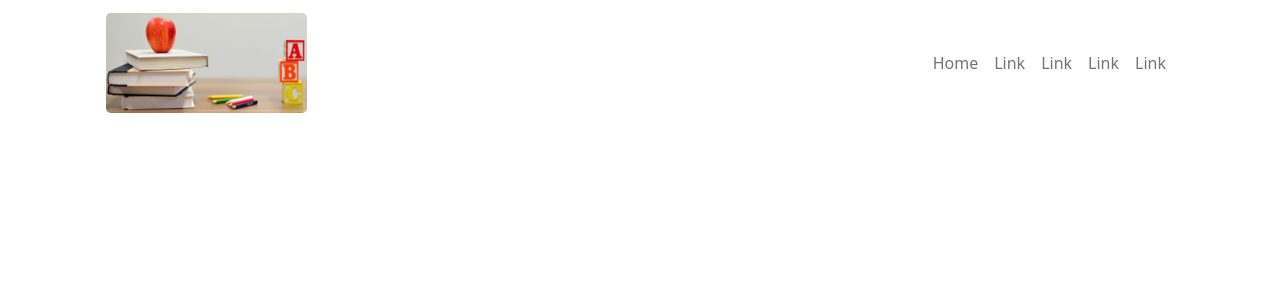
Repository: zjria/Figma-to-E-school
Page: index.html
The author's editor kept a copy of each file at every save. The page is drawn from the files as they stood at one save, then again after the next save.
The browser window is 1280 px wide. The pictures show the whole page.
Some web libraries are served in a nearby version.

Above is the page before, as saved 2022-05-06 14:37:05.

### index.html
<!doctype html>
<html lang="en">
  <head>
    <!-- Required meta tags -->
    <meta charset="utf-8">
    <meta name="viewport" content="width=device-width, initial-scale=1">
    <title>E-School</title>

    <!-- Bootstrap CSS -->
    <link href="https://cdn.jsdelivr.net/npm/bootstrap@5.0.2/dist/css/bootstrap.min.css" rel="stylesheet">

    <!-- Font awesome -->
    <link rel="stylesheet" href="https://cdnjs.cloudflare.com/ajax/libs/font-awesome/6.1.1/css/all.min.css">

    <!-- custom css -->
    <link rel="stylesheet" href="style.css">

  </head>
  <body>
    <section class="hero-section">
        <div class="container">
            <div class="row">
                <nav class="navbar navbar-expand-md navbar-light">
                    <div class="container-fluid">
                      <a class="navbar-brand" href="#"><img class="img-fluid w-25 rounded-3" src="images/logo.png" alt=""></a>
                      <button class="navbar-toggler" type="button" data-bs-toggle="collapse" data-bs-target="#navbarSupportedContent" aria-controls="navbarSupportedContent" aria-expanded="false" aria-label="Toggle navigation">
                        <span class="navbar-toggler-icon"></span>
                      </button>
                      <div class="collapse navbar-collapse" id="navbarSupportedContent">
                        <ul class="navbar-nav me-auto mb-2 mb-lg-0">
                          <li class="nav-item">
                            <a class="nav-link" href="#">Home</a>
                          </li>
                          <li class="nav-item">
                            <a class="nav-link" href="#">Link</a>
                          </li>
                          <li class="nav-item">
                            <a class="nav-link" href="#">Link</a>
                          </li>
                          <li class="nav-item">
                            <a class="nav-link" href="#">Link</a>
                          </li>
                          <li class="nav-item">
                            <a class="nav-link" href="#">Link</a>
                          </li>
                        </ul>

                      </div>
                    </div>
                  </nav>
            </div>
        </div>
    </section>










    <!-- Option 1: Bootstrap Bundle with Popper -->
    <script src="https://cdn.jsdelivr.net/npm/bootstrap@5.0.2/dist/js/bootstrap.bundle.min.js"></script>
  </body>
</html>

Loaded but not shown: style.css (no stored copy; drawn as an empty file)

After the next save:
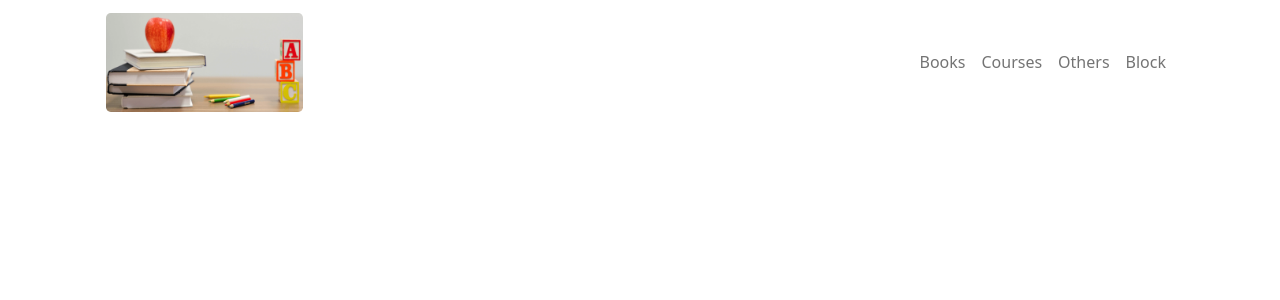
Saved 109 s later.
--- a/index.html
+++ b/index.html
@@ -29,19 +29,16 @@
                       <div class="collapse navbar-collapse" id="navbarSupportedContent">
                         <ul class="navbar-nav me-auto mb-2 mb-lg-0">
                           <li class="nav-item">
-                            <a class="nav-link" href="#">Home</a>
+                            <a class="nav-link" href="#">Books</a>
                           </li>
                           <li class="nav-item">
-                            <a class="nav-link" href="#">Link</a>
+                            <a class="nav-link" href="#">Courses</a>
                           </li>
                           <li class="nav-item">
-                            <a class="nav-link" href="#">Link</a>
+                            <a class="nav-link" href="#">Others</a>
                           </li>
                           <li class="nav-item">
-                            <a class="nav-link" href="#">Link</a>
-                          </li>
-                          <li class="nav-item">
-                            <a class="nav-link" href="#">Link</a>
+                            <a class="nav-link" href="#">Block</a>
                           </li>
                         </ul>
 
